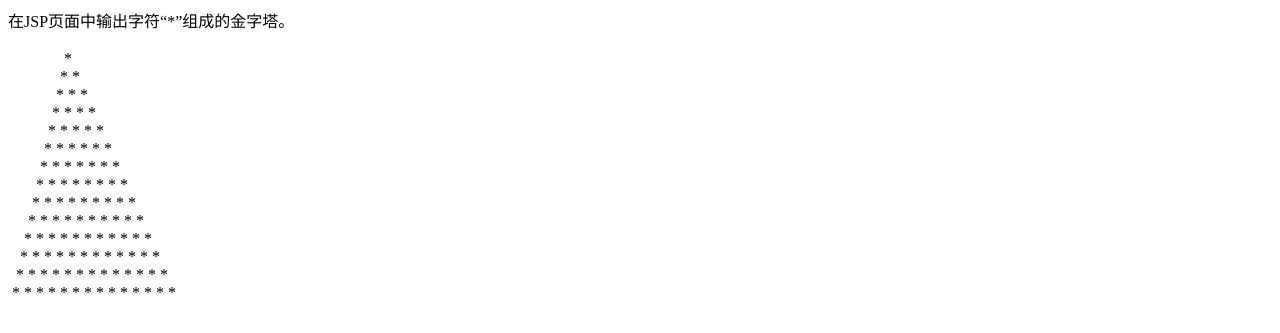
Repository: bookFireFly/bookFireFly
Page: http://localhost/JSP113_3/
An editor plug-in stored every save of this project. The page is shown before and after the next save, followed by the edit.
The browser window is 1280 px wide. The pictures show the whole page.
The page is served by Tomcat 9.

Above is the page before, as saved 2017-10-24 11:57:23.

After the next save:
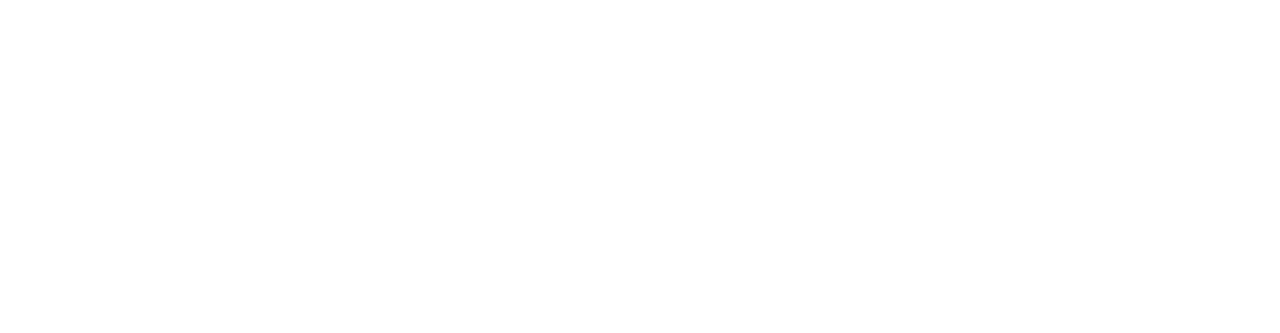
Saved 18 s later.
--- a/JSP113_3/WebContent/index.jsp
+++ b/JSP113_3/WebContent/index.jsp
@@ -1,42 +1,24 @@
-<%@ page language="java" import="java.util.*" pageEncoding="GBK"%>
+<%@ page language="java" contentType="text/html; charset=GB18030"
+	pageEncoding="GB18030"%>
+<%@ page import="java.util.*"%>
 <%
 	String path = request.getContextPath();
-	String basePath = request.getScheme() + "://"
-			+ request.getServerName() + ":" + request.getServerPort()
+	String basePath = request.getScheme() + "://" + request.getServerName() + ":" + request.getServerPort()
 			+ path + "/";
 %>
+<!DOCTYPE html PUBLIC "-//W3C//DTD HTML 4.01 Transitional//EN" "http://www.w3.org/TR/html4/loose.dtd">
+<html>
+<head>
+<meta http-equiv="Content-Type" content="text/html; charset=GB18030">
+<base href="<%=basePath%>">
+<title>输出字符“*”组成的金字塔</title>
+<meta http-equiv="pragma" content="no-cache">
+<meta http-equiv="cache-control" content="no-cache">
+<meta http-equiv="expires" content="0">
+<meta http-equiv="keywords" content="keyword1,keyword2,keyword3">
+<meta http-equiv="description" content="This is my page">
+</head>
+<body>
 
-<!DOCTYPE HTML PUBLIC "-//W3C//DTD HTML 4.01 Transitional//EN">
-<html>
-	<head>
-		<base href="<%=basePath%>">
-
-		<title>My JSP 'index.jsp' starting page</title>
-		<meta http-equiv="pragma" content="no-cache">
-		<meta http-equiv="cache-control" content="no-cache">
-		<meta http-equiv="expires" content="0">
-		<meta http-equiv="keywords" content="keyword1,keyword2,keyword3">
-		<meta http-equiv="description" content="This is my page">
-		<!--
-	<link rel="stylesheet" type="text/css" href="styles.css">
-	-->
-	</head>
-
-	<body>
-		在JSP页面中输出字符“*”组成的金字塔。
-		<br>
-		<%
-			String str = "";
-			for (int i = 0; i < 15; i++) {
-				for (int j = 15; j > i; j--) {
-					str += "&nbsp;";
-				}
-				for (int j = 0; j < i; j++) {
-					str += "*&nbsp;";
-				}
-				str += "<br>";
-			}
-		%>
-		<%=str%>
-	</body>
+</body>
 </html>

After the 4 saves that followed:
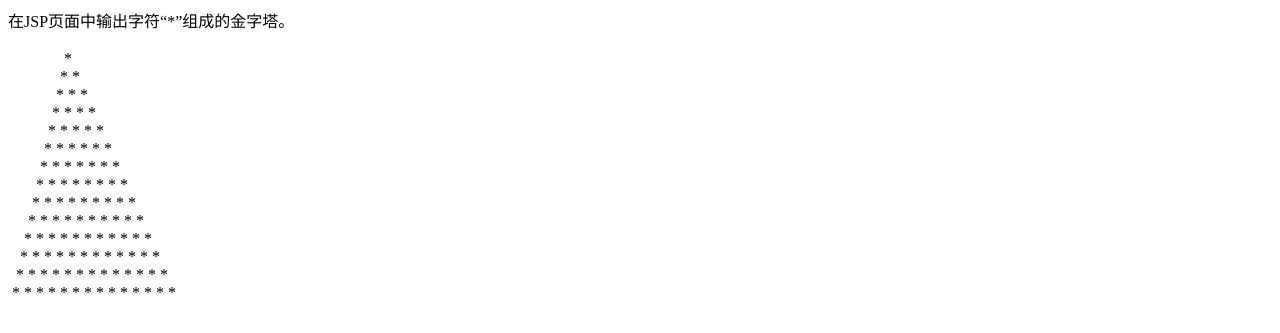
The 4 saves are shown as one change because 3 did not build or start.
The last was saved 5 min 12 s later.
--- a/JSP113_3/WebContent/index.jsp
+++ b/JSP113_3/WebContent/index.jsp
@@ -19,6 +19,20 @@
 <meta http-equiv="description" content="This is my page">
 </head>
 <body>
-
+	在JSP页面中输出字符“*”组成的金字塔。
+	<br>
+	<%
+	String str = "";
+	for (int i=0;i<15;i++){
+		for (int j=15;j>i;j--){
+			str += "&nbsp;";
+		}
+		for (int j=0;j<i;j++){
+			str += "*&nbsp;";
+		}
+		str += "<br>";
+	}
+	%>
+	<%= str %>
 </body>
 </html>
